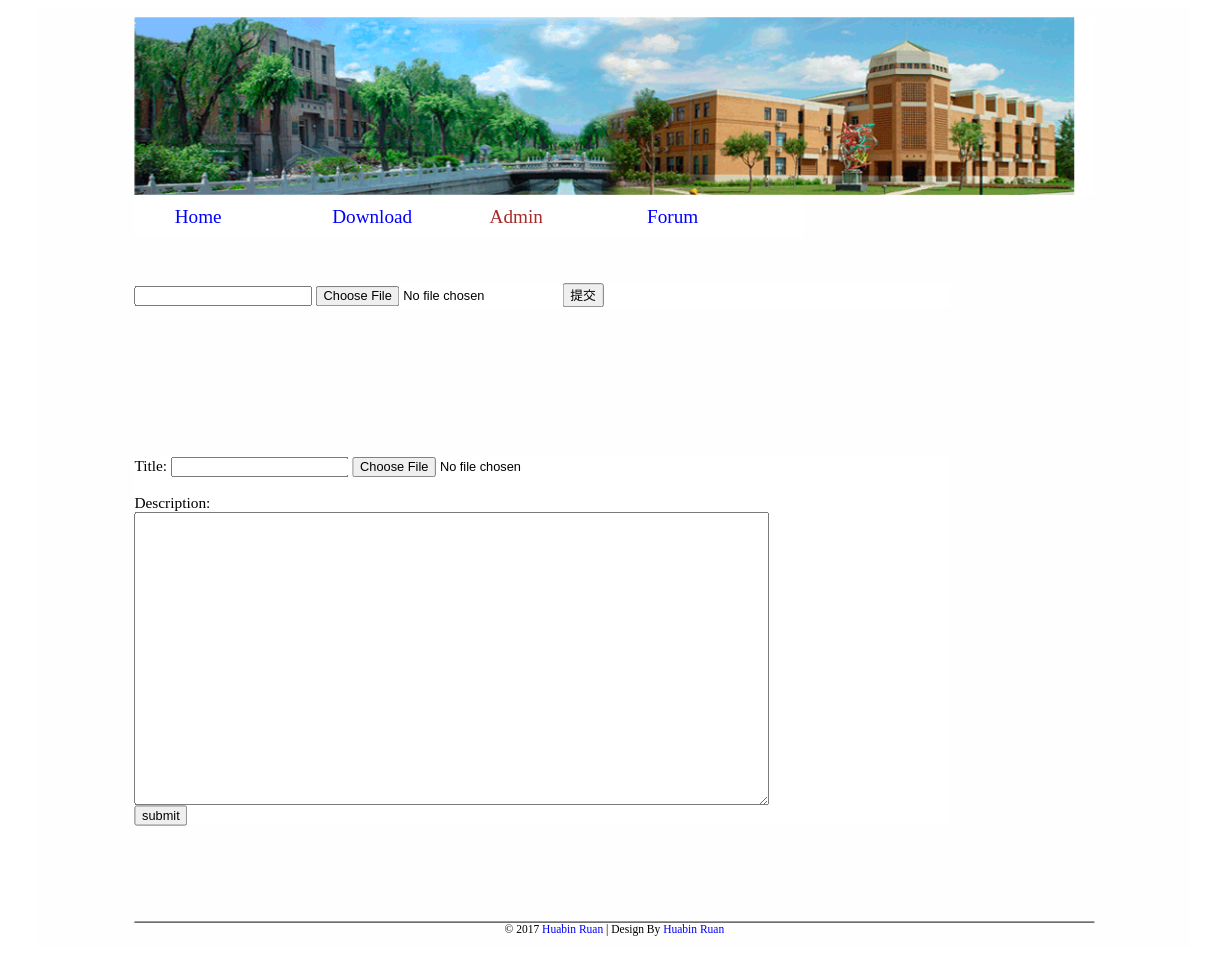
Repository: ruanhuabin/LifeSoftwareWebSite
Page: http://localhost/CryoEM/admin.jsp
These files come from the project's save history. The page is drawn as it stood at one moment and after the next save; the edit follows.
The browser window is 1280 px wide. The pictures show the whole page, at 96% of full size.
The page is served by Tomcat 9. Nobody is signed in. The application's start-up code is not run.

Above is the page before, as saved 2017-08-11 01:11:54.

After the next save:
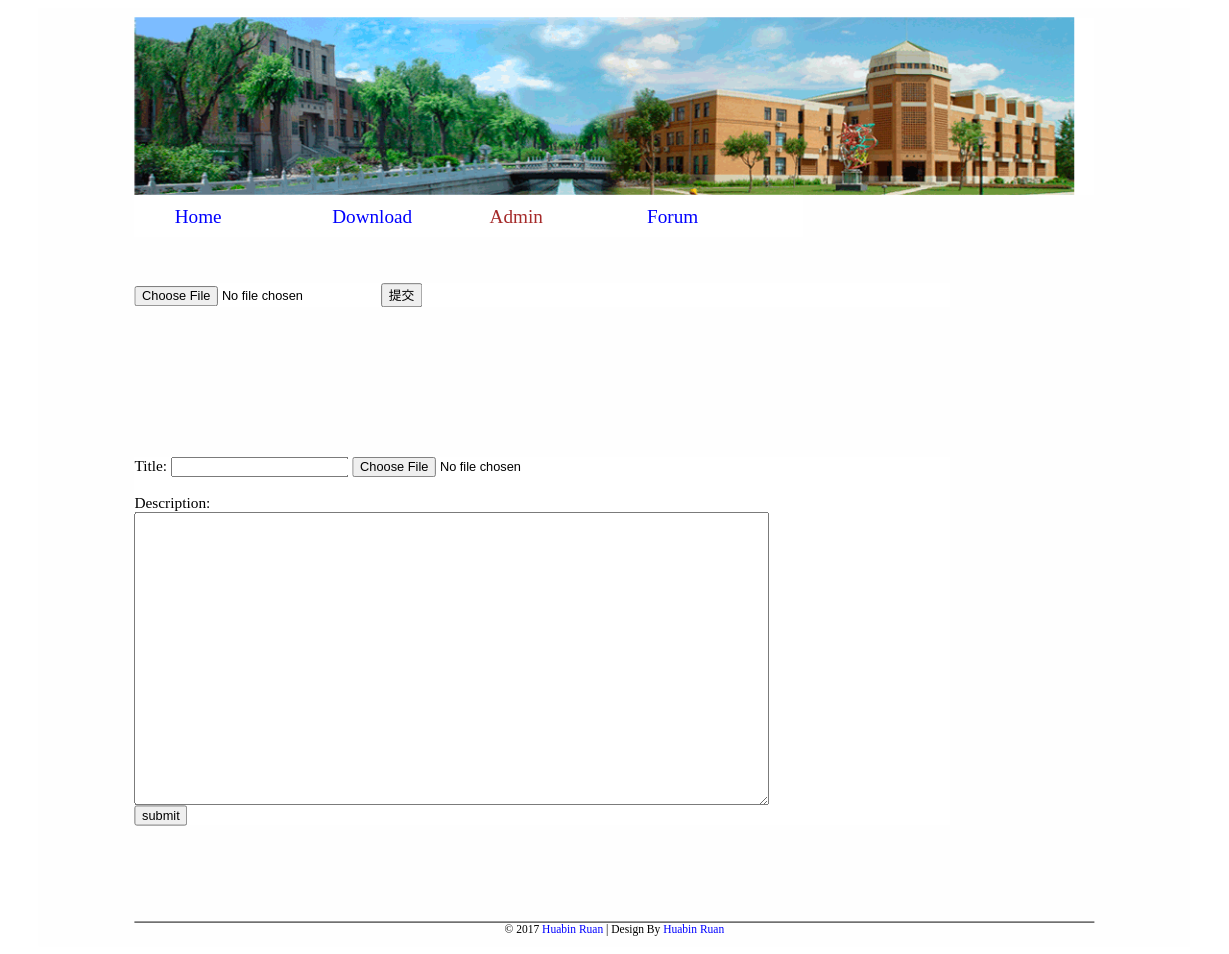
Saved 15 s later.
--- a/CryoEM/WebRoot/admin.jsp
+++ b/CryoEM/WebRoot/admin.jsp
@@ -87,7 +87,7 @@ String basePath = request.getScheme()+"://"+request.getServerName()+":"+request.
 <br/>
 <div class="form-div">
  <form action="post/Admin_uploadUserFile.action" method="post" target="nm_iframe">
-      <input type="text" id="id_input_text" name="userFile" />
+      <!--  <input type="text" id="id_input_text" name="userFile" />-->
       <input type="file" name="userFile" />
       <input type="submit" id="id_submit" name="nm_submit" value="提交" />
   </form>
